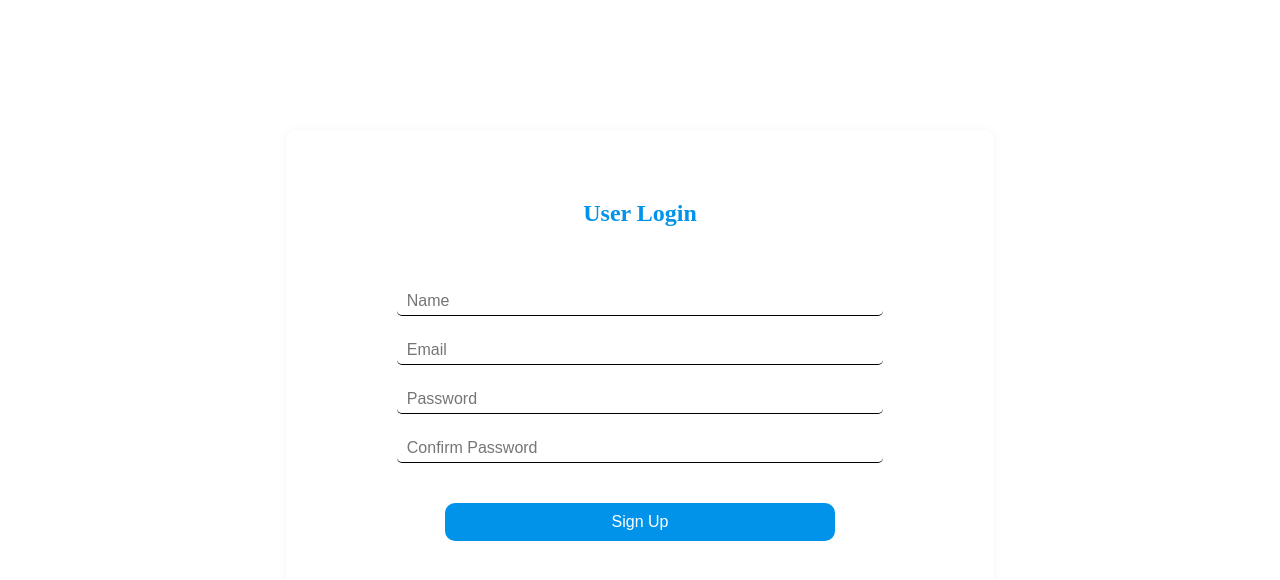
Repository: devSkhandelwal/job-search
Page: /login
These files come from the project's save history. The page is drawn as it stood at one moment and after the next save; the edit follows.
The browser window is 1280 px wide. The pictures show the whole page.
The project was rebuilt for these pictures with package versions that can differ from the ones it lists, and the page was loaded fresh each time. Also part of the build but not shown: src/actions/jobAction.js, src/components/FormElement/ApplyForm.js, src/containers/JobDetailsContainer.js, src/containers/JobFilterContainer.js, src/components/JobItem.js, src/components/JobList.js, src/containers/JobListContainer.js.

Above is the page before, as saved 2021-05-04 10:18:53.

After the next save:
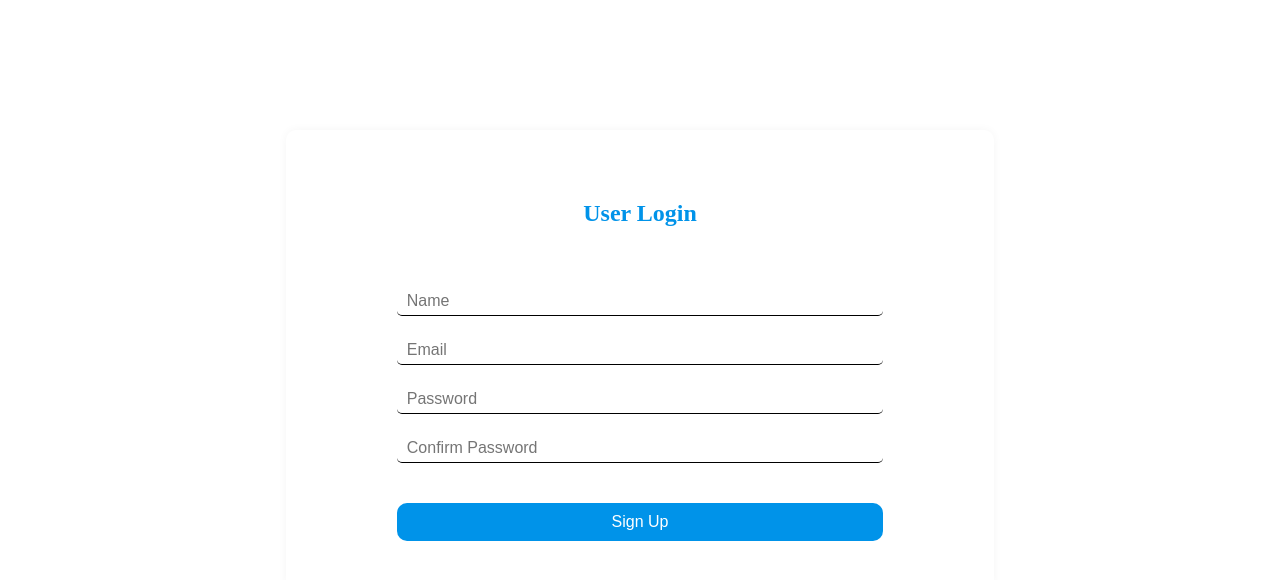
Saved 2 min 10 s later.
--- a/src/components/FormElement/Button.css
+++ b/src/components/FormElement/Button.css
@@ -7,7 +7,7 @@
     border-radius: 10px;
     font-size: 16px;
     cursor: pointer;
-    width: inherit;
+    width: 100%;
 }
 
 .button:hover{
